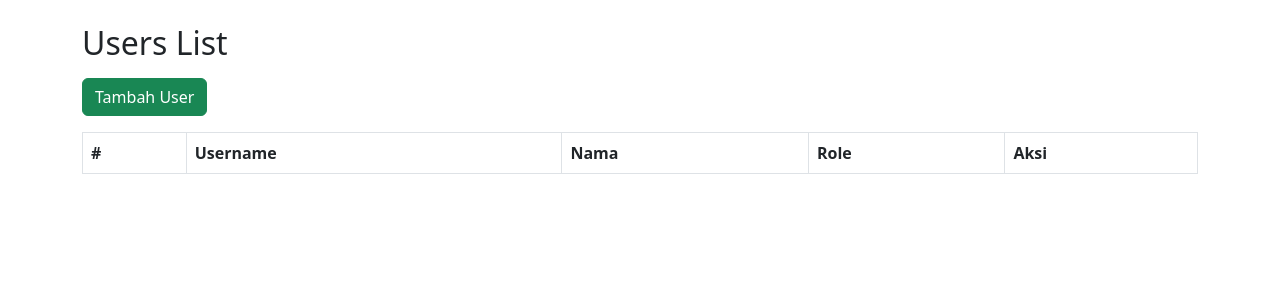
Repository: athalantis/SMart
Page: http://localhost/users/index.php
These files come from the project's save history. The page is drawn as it stood at one moment and after the next save; the edit follows.
The browser window is 1280 px wide. The pictures show the whole page.
The page is run by PHP 8.4 with error messages shown; the project is at /var/www/html/. Queries for data that is not in the repository find no rows.

Above is the page before, as saved 2025-03-28 09:27:27.

### users/index.php
<?php
// Koneksi ke database
$conn = new mysqli("localhost", "root", "", "your_database");

if ($conn->connect_error) {
    die("Koneksi gagal: " . $conn->connect_error);
}

// Hapus user jika ada request
if (isset($_GET['delete'])) {
    $user_id = $_GET['delete'];
    $conn->query("DELETE FROM users WHERE user_id = $user_id");
    header("Location: index.php");
}

// Ambil data pengguna
$result = $conn->query("SELECT * FROM users");
?>

<!DOCTYPE html>
<html lang="en">
<head>
    <title>Users Management</title>
    <link rel="stylesheet" href="https://cdn.jsdelivr.net/npm/bootstrap@5.3.0/dist/css/bootstrap.min.css">
</head>
<body>
<div class="container mt-4">
    <h2 class="mb-3">Users List</h2>
    <a href="create.php" class="btn btn-success mb-3">Tambah User</a>
    <table class="table table-bordered">
        <thead>
            <tr>
                <th>#</th><th>Username</th><th>Nama</th><th>Role</th><th>Aksi</th>
            </tr>
        </thead>
        <tbody>
            <?php while ($row = $result->fetch_assoc()): ?>
                <tr>
                    <td><?= $row['user_id'] ?></td>
                    <td><?= $row['username'] ?></td>
                    <td><?= $row['name'] ?></td>
                    <td><?= ucfirst($row['role']) ?></td>
                    <td>
                        <a href="edit.php?user_id=<?= $row['user_id'] ?>" class="btn btn-primary btn-sm">Edit</a>
                        <a href="index.php?delete=<?= $row['user_id'] ?>" class="btn btn-danger btn-sm" onclick="return confirm('Yakin hapus?')">Hapus</a>
                    </td>
                </tr>
            <?php endwhile; ?>
        </tbody>
    </table>
</div>
</body>
</html>
<?php $conn->close(); ?>

### config.php
<?php

$host = "localhost";
$username = "root";
$password = "";
$database = "smart";

$conn = mysqli_connect($host, $username, $password, $database);

if ($conn->connect_error) {
    die("database gagal terkoneksi: " . $conn->connect_error);
}

?>

After the next save:
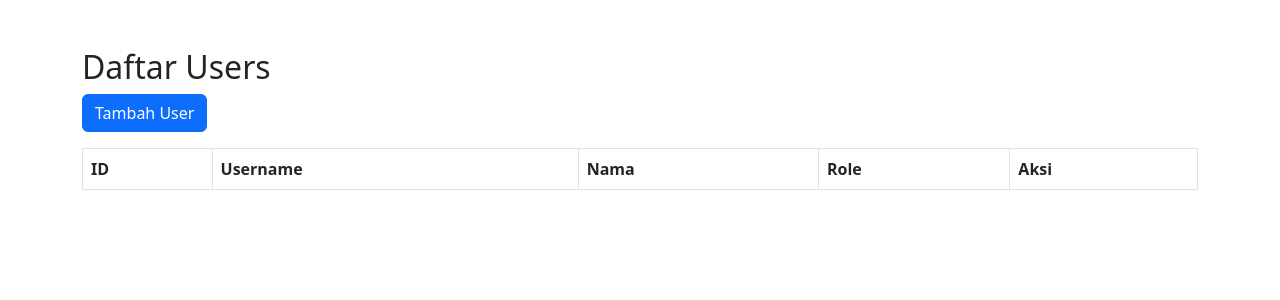
Saved 2 min 0 s later.
--- a/users/index.php
+++ b/users/index.php
@@ -1,54 +1,46 @@
 <?php
-// Koneksi ke database
-$conn = new mysqli("localhost", "root", "", "your_database");
+include '../config.php';
 
-if ($conn->connect_error) {
-    die("Koneksi gagal: " . $conn->connect_error);
-}
-
-// Hapus user jika ada request
-if (isset($_GET['delete'])) {
-    $user_id = $_GET['delete'];
-    $conn->query("DELETE FROM users WHERE user_id = $user_id");
-    header("Location: index.php");
-}
-
-// Ambil data pengguna
 $result = $conn->query("SELECT * FROM users");
 ?>
 
 <!DOCTYPE html>
-<html lang="en">
+<html lang="id">
 <head>
+    <meta charset="UTF-8">
+    <meta name="viewport" content="width=device-width, initial-scale=1.0">
     <title>Users Management</title>
-    <link rel="stylesheet" href="https://cdn.jsdelivr.net/npm/bootstrap@5.3.0/dist/css/bootstrap.min.css">
+    <link href="https://cdn.jsdelivr.net/npm/bootstrap@5.3.0/dist/css/bootstrap.min.css" rel="stylesheet">
 </head>
 <body>
-<div class="container mt-4">
-    <h2 class="mb-3">Users List</h2>
-    <a href="create.php" class="btn btn-success mb-3">Tambah User</a>
-    <table class="table table-bordered">
-        <thead>
-            <tr>
-                <th>#</th><th>Username</th><th>Nama</th><th>Role</th><th>Aksi</th>
-            </tr>
-        </thead>
-        <tbody>
-            <?php while ($row = $result->fetch_assoc()): ?>
+    <div class="container mt-5">
+        <h2>Daftar Users</h2>
+        <a href="create.php" class="btn btn-primary mb-3">Tambah User</a>
+        <table class="table table-bordered">
+            <thead>
                 <tr>
-                    <td><?= $row['user_id'] ?></td>
-                    <td><?= $row['username'] ?></td>
-                    <td><?= $row['name'] ?></td>
-                    <td><?= ucfirst($row['role']) ?></td>
-                    <td>
-                        <a href="edit.php?user_id=<?= $row['user_id'] ?>" class="btn btn-primary btn-sm">Edit</a>
-                        <a href="index.php?delete=<?= $row['user_id'] ?>" class="btn btn-danger btn-sm" onclick="return confirm('Yakin hapus?')">Hapus</a>
-                    </td>
+                    <th>ID</th>
+                    <th>Username</th>
+                    <th>Nama</th>
+                    <th>Role</th>
+                    <th>Aksi</th>
                 </tr>
-            <?php endwhile; ?>
-        </tbody>
-    </table>
-</div>
+            </thead>
+            <tbody>
+                <?php while ($row = $result->fetch_assoc()) : ?>
+                    <tr>
+                        <td><?= $row['user_id'] ?></td>
+                        <td><?= htmlspecialchars($row['username']) ?></td>
+                        <td><?= htmlspecialchars($row['name']) ?></td>
+                        <td><?= $row['role'] ?></td>
+                        <td>
+                            <a href="edit.php?id=<?= $row['user_id'] ?>" class="btn btn-warning btn-sm">Edit</a>
+                            <a href="delete.php?id=<?= $row['user_id'] ?>" class="btn btn-danger btn-sm" onclick="return confirm('Yakin ingin menghapus?');">Hapus</a>
+                        </td>
+                    </tr>
+                <?php endwhile; ?>
+            </tbody>
+        </table>
+    </div>
 </body>
 </html>
-<?php $conn->close(); ?>
